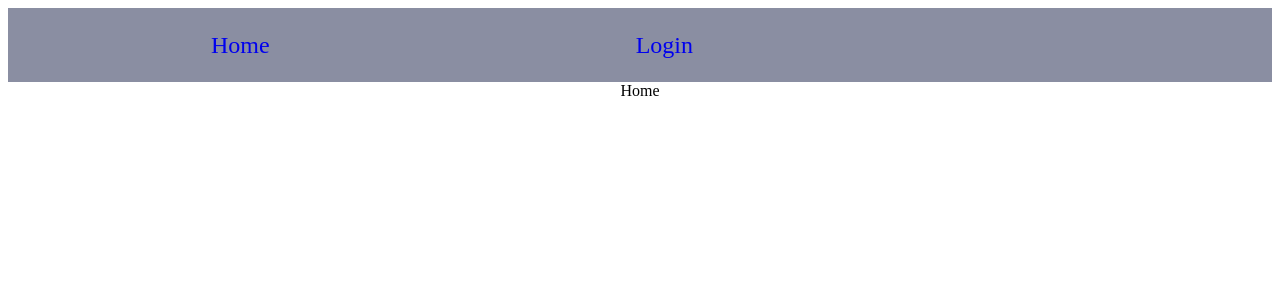
Repository: albinsabu2023/postapp
Page: /
These files come from the project's save history. The page is drawn as it stood at one moment and after the next save; the edit follows.
The browser window is 1280 px wide. The pictures show the whole page.
The project was rebuilt for these pictures with package versions that can differ from the ones it lists, and the page was loaded fresh each time. Also part of the build but not shown: src/Components/Login.tsx.

Above is the page before, as saved 2024-02-05 00:30:12.

### src/App.tsx
import  {BrowserRouter as Router,Routes,Route} from "react-router-dom"
import './App.css';
import Home from "./Components/Home";
import Login from "./Components/Login";
import Navbar from "./Components/Navbar";


function App() {
  return (
    <div className="App">
      <Router>
         <Navbar/>
        <Routes>
          <Route path ="/" element={<Home/>}/>
          <Route path="/login" element={<Login/>}/>
        </Routes>
      </Router>
    </div>
  );
}

export default App;

### src/Components/Navbar.tsx
import React from 'react'
import { Link } from 'react-router-dom'
import  "./Navbar.css"
import {auth } from  "../config/firebase"
function Navbar() {
  return (
    <div className="navContainer">
        <Link to ="/">Home</Link>
        <Link to ="Login">Login</Link>
        <div>
            <p>{auth?.currentUser?.displayName}</p>
            <img src={auth?.currentUser?.photoURL|| "" } alt="" width="10" height="10"
            />
        </div>


    </div>
  )
}

export default Navbar

### src/config/firebase.ts
// Import the functions you need from the SDKs you need
import { initializeApp } from "firebase/app";
import {getAuth,GoogleAuthProvider} from "firebase/auth"
// Your web app's Firebase configuration
const firebaseConfig = {
  apiKey: "AIzaSyAXzQPkCsYKttYouVkFv4r2aLbj-85i5zE",
  authDomain: "react-course-dd6fc.firebaseapp.com",
  projectId: "react-course-dd6fc",
  storageBucket: "react-course-dd6fc.appspot.com",
  messagingSenderId: "692642929267",
  appId: "1:692642929267:web:22ba5d27ba69920755e806"
};
// Initialize Firebase
const app = initializeApp(firebaseConfig);
export const auth=getAuth(app);
export const provider = new GoogleAuthProvider();

### src/Components/Navbar.css
.navContainer{
    display: flex;
    align-items: center;
    justify-content: space-around;
    background-color: rgb(138, 142, 162);
    padding: 20px;



}
.navContainer :link{
    text-decoration:none;
    text-decoration-color: rgb(128, 127, 127);
    font-size: x-large;

}

Loaded but not shown: public/index.html (common file); src/index.tsx (common file); src/App.css (common file); src/Components/Home.tsx (common file)

After the next save:
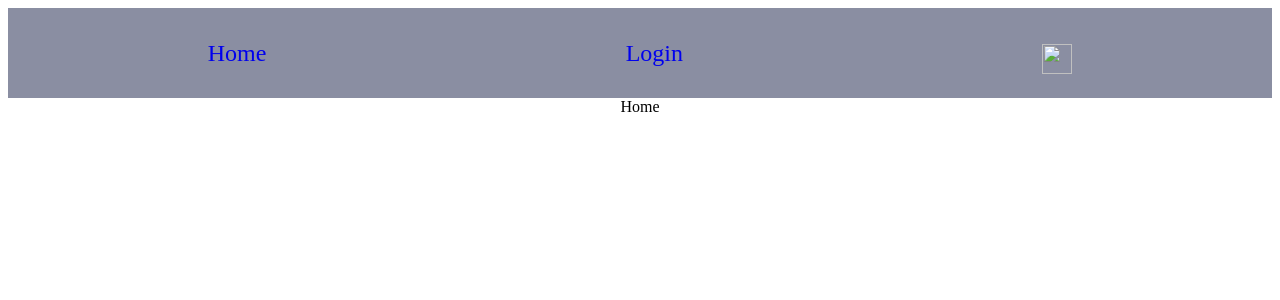
Saved 7 s later.
--- a/src/Components/Navbar.tsx
+++ b/src/Components/Navbar.tsx
@@ -9,7 +9,7 @@ function Navbar() {
         <Link to ="Login">Login</Link>
         <div>
             <p>{auth?.currentUser?.displayName}</p>
-            <img src={auth?.currentUser?.photoURL|| "" } alt="" width="10" height="10"
+            <img src={auth?.currentUser?.photoURL|| "" } alt="" width="30" height="30"
             />
         </div>
 
